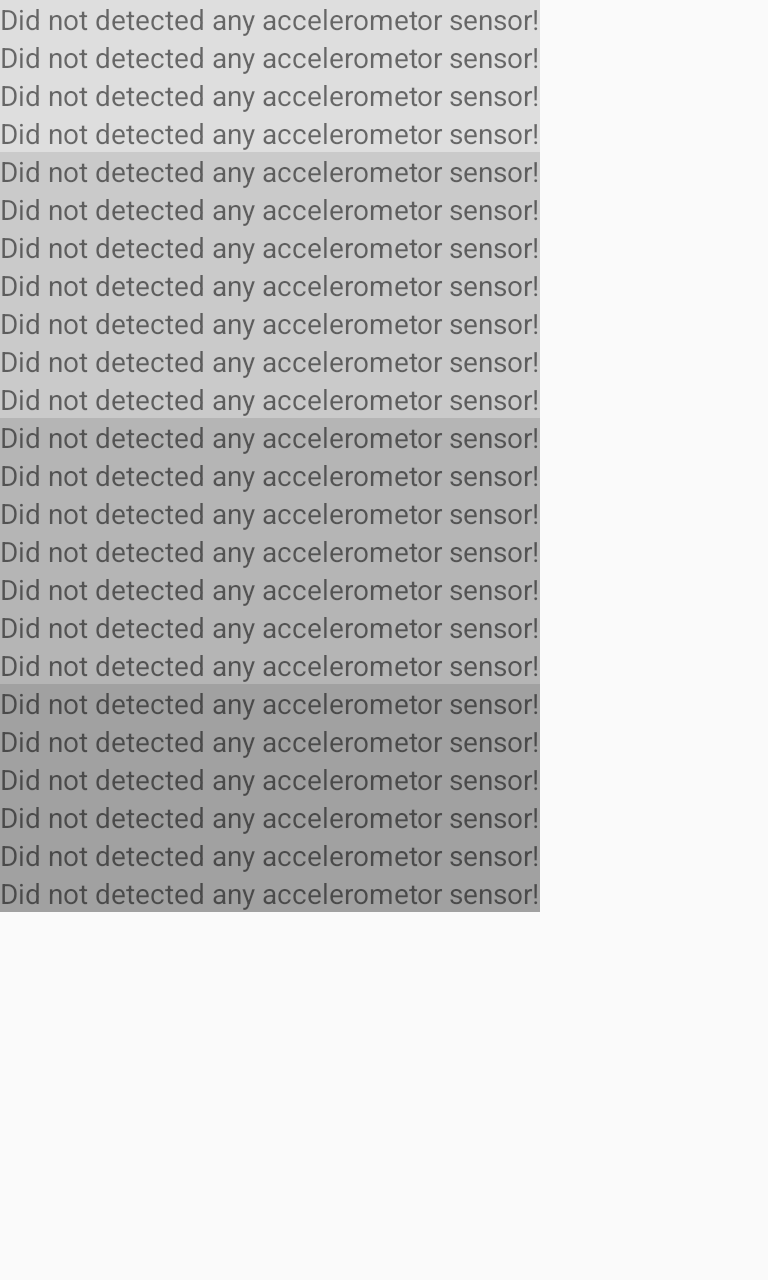
Repository: deyan-yosifov/Android
Layout: Workspace/BouncingBallGame/res/layout/activity_accelerometer_monitor.xml
These files come from the project's save history. The layout is drawn as it stood at one moment and after the next save; the edit follows.
It is drawn on a 768 x 1280 px phone screen (xhdpi) without system bars, with theme AppTheme; the app's code is not run.

Above is the layout before, as saved 2015-01-04 10:09:18.

After the next save:
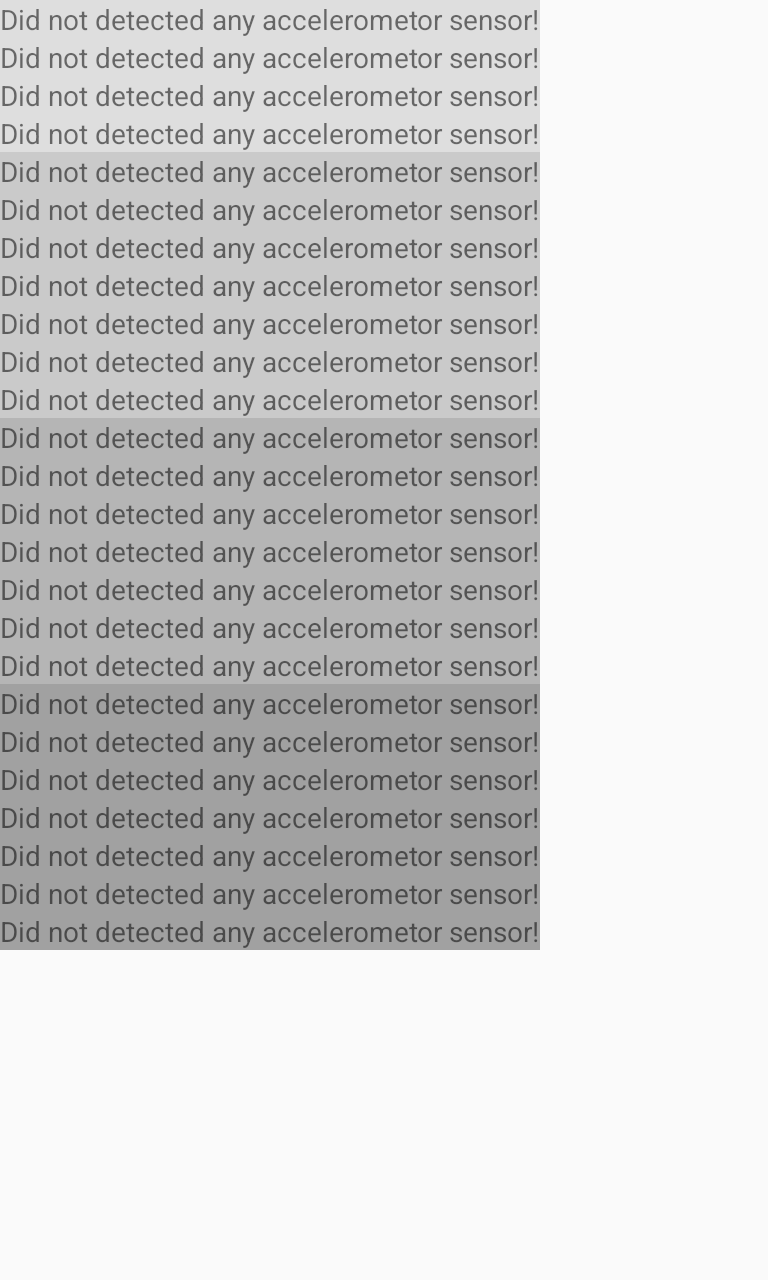
Saved 64 s later.
--- a/Workspace/BouncingBallGame/res/layout/activity_accelerometer_monitor.xml
+++ b/Workspace/BouncingBallGame/res/layout/activity_accelerometer_monitor.xml
@@ -165,6 +165,12 @@
 	    <TextView
 	        android:layout_width="wrap_content"
 	        android:layout_height="wrap_content"
+	        android:id="@+id/currentEventDeltaTime_textView"
+	        android:text="@string/no_accelerometer_found" />
+
+	    <TextView
+	        android:layout_width="wrap_content"
+	        android:layout_height="wrap_content"
 	        android:id="@+id/averageDeltaTime_textView"
 	        android:text="@string/no_accelerometer_found" />
 
